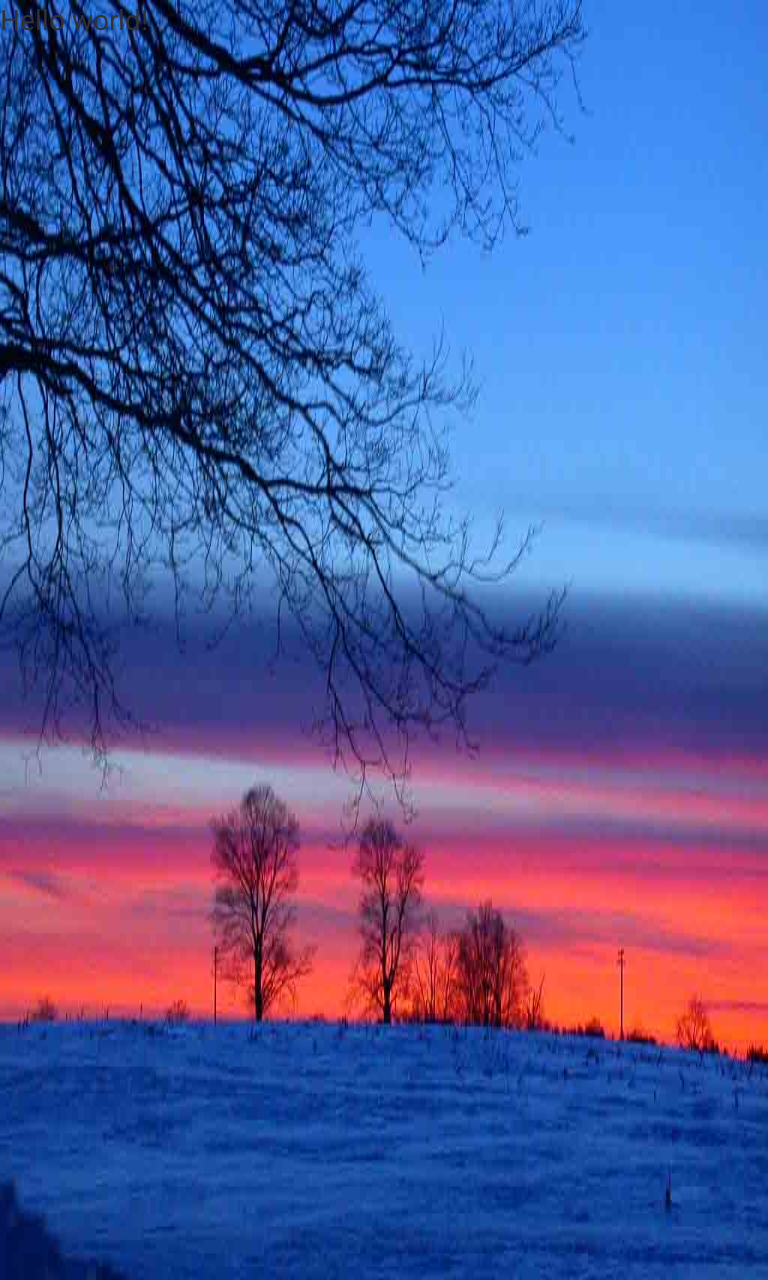
Repository: AshleyDeng/AndroidAppDevelopment
Layout: Samiul_Ashley_Android/Android Workspace/SamAndAshProject2_Converter/res/layout/initial_screen.xml
The author's editor kept a copy of each file at every save. The layout is drawn from the files as they stood at one save, then again after the next save.
It is drawn on a 768 x 1280 px phone screen (xhdpi) without system bars, with theme AppTheme; the app's code is not run.

Above is the layout before, as saved 2013-01-18 00:31:24.

After the next save:
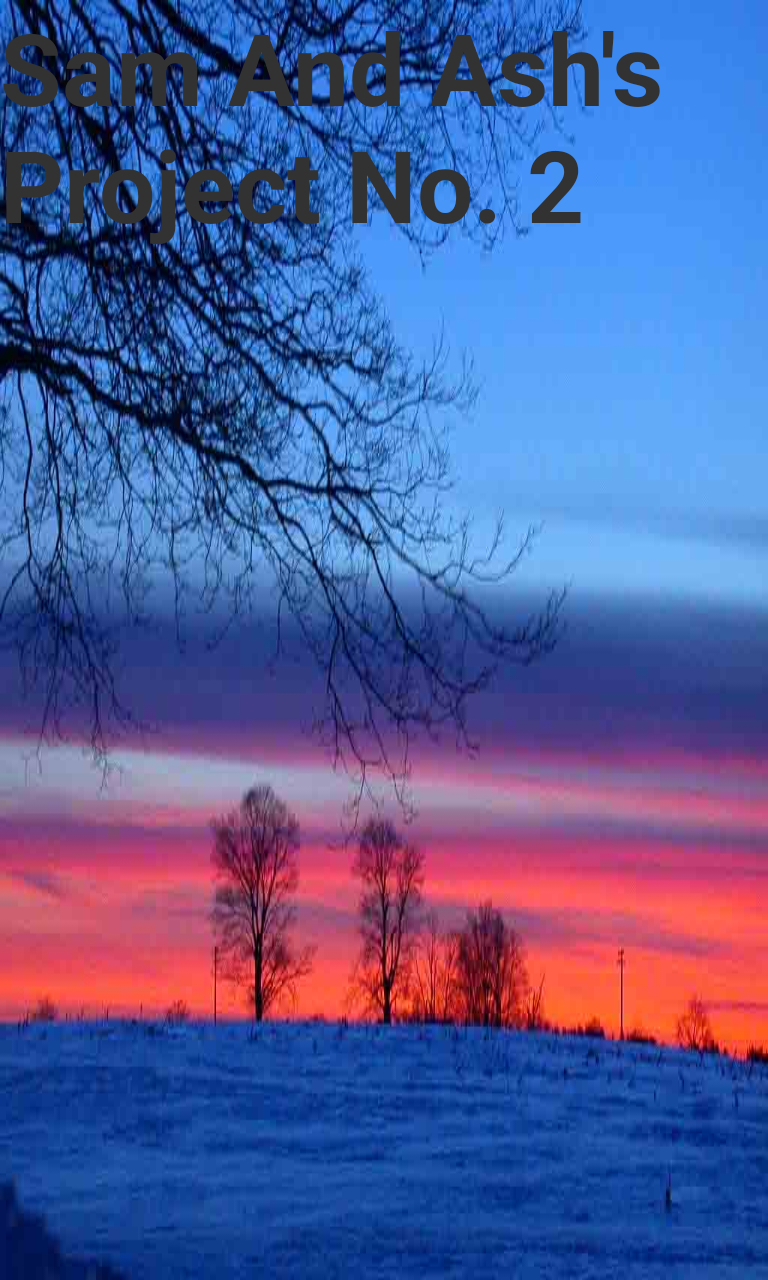
Saved 2 min 14 s later.
--- a/Samiul_Ashley_Android/Android Workspace/SamAndAshProject2_Converter/res/layout/initial_screen.xml
+++ b/Samiul_Ashley_Android/Android Workspace/SamAndAshProject2_Converter/res/layout/initial_screen.xml
@@ -6,10 +6,12 @@
     tools:context=".MainActivity" >
 
     <TextView
-        android:layout_width="wrap_content"
-        android:layout_height="wrap_content"
+        android:layout_width="fill_parent"
+        android:layout_height="fill_parent"
         android:layout_centerHorizontal="true"
         android:layout_centerVertical="true"
-        android:text="@string/hello_world" />
+        android:text="Sam And Ash's Project No. 2"
+        android:textSize="50sp"
+        android:textStyle="bold"/>
 
 </LinearLayout>
